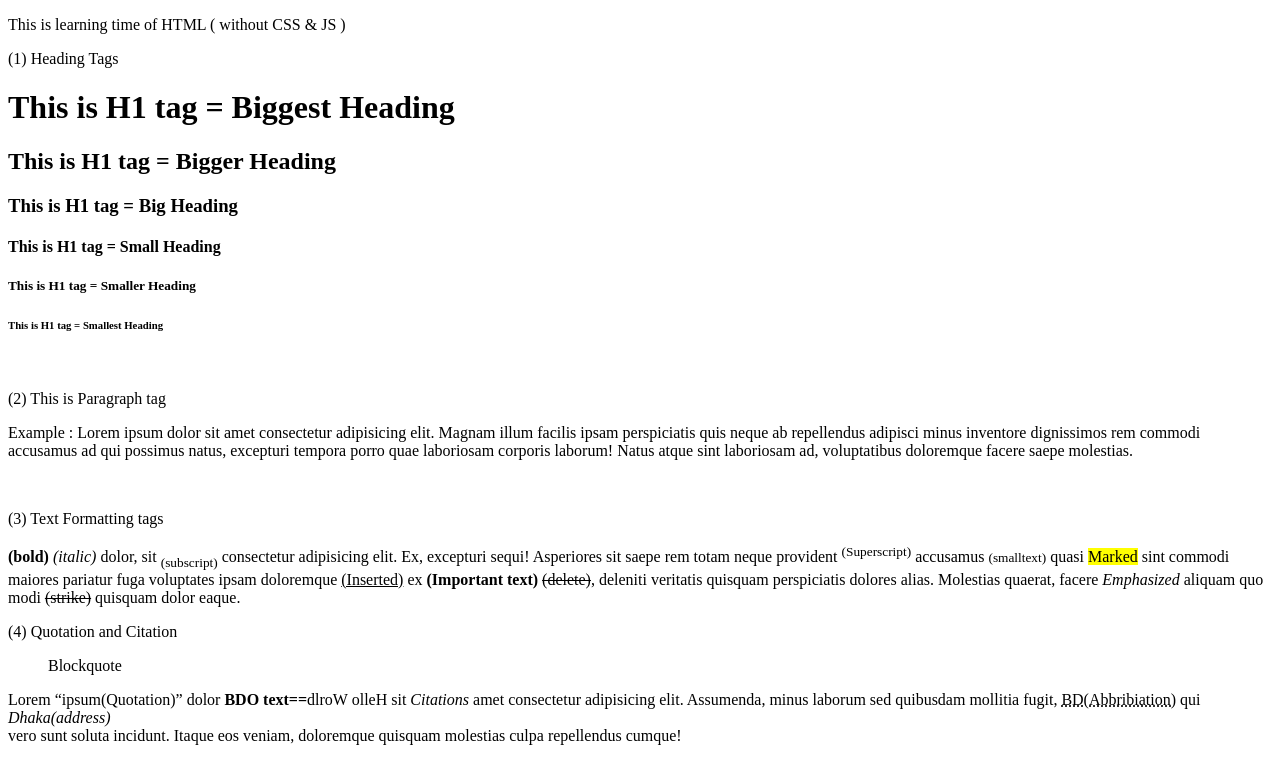
Repository: diptods/Frontend-in-60-DAYS
Page: Day01/learning/learn.html
These files come from the project's save history. The page is drawn as it stood at one moment and after the next save; the edit follows.
The browser window is 1280 px wide. The pictures show the whole page.

Above is the page before, as saved 2026-05-28 12:03:47.

### Day01/learning/learn.html
<!DOCTYPE html>
<html lang="en">

<head>
    <meta charset="UTF-8">
    <meta name="viewport" content="width=device-width, initial-scale=1.0">
    <title>Day 01 Of Frontend Learning</title>
</head>

<body>
    <p>This is learning time of HTML ( without CSS & JS )</p>
    <p>(1) Heading Tags</p>
    <h1>This is H1 tag = Biggest Heading</h1>
    <h2>This is H1 tag = Bigger Heading</h2>
    <h3>This is H1 tag = Big Heading</h3>
    <h4>This is H1 tag = Small Heading</h4>
    <h5>This is H1 tag = Smaller Heading</h5>
    <h6>This is H1 tag = Smallest Heading</h6>
    <br>
    <p>(2) This is Paragraph tag</p>
    <p>Example : Lorem ipsum dolor sit amet consectetur adipisicing elit. Magnam illum facilis ipsam perspiciatis quis
        neque ab repellendus adipisci minus inventore dignissimos rem commodi accusamus ad qui possimus natus, excepturi
        tempora porro quae laboriosam corporis laborum! Natus atque sint laboriosam ad, voluptatibus doloremque facere
        saepe molestias.</p>
    <br>
    <p>(3) Text Formatting tags</p>
    <p><b>(bold)</b> <i>(italic)</i> dolor, sit <sub>(subscript)</sub> consectetur adipisicing elit. Ex, excepturi
        sequi! Asperiores sit saepe rem totam
        neque provident <sup>(Superscript)</sup> accusamus <small>(smalltext)</small> quasi <mark>Marked</mark> sint
        commodi maiores pariatur fuga voluptates ipsam doloremque
        <ins>(Inserted)</ins> ex <strong>(Important text)</strong> <del>(delete)</del>, deleniti veritatis quisquam
        perspiciatis dolores alias. Molestias quaerat, facere
        <em>Emphasized</em> aliquam quo modi <strike>(strike)</strike> quisquam dolor eaque.
    </p>
    <p>(4) Quotation and Citation</p>
    <p><blockquote>Blockquote</blockquote> Lorem <q>ipsum(Quotation)</q> dolor <b>BDO text==</b><bdo dir="rtl">Hello World</bdo> sit <cite>Citations</cite> amet consectetur adipisicing elit. Assumenda, minus laborum sed quibusdam mollitia fugit,
        <abbr title="Bangladesh">BD(Abbribiation)</abbr> qui <address>Dhaka(address)</address>vero sunt soluta incidunt. Itaque eos veniam, doloremque quisquam molestias culpa repellendus cumque!
    </p>
</body>

</html>

After the next save:
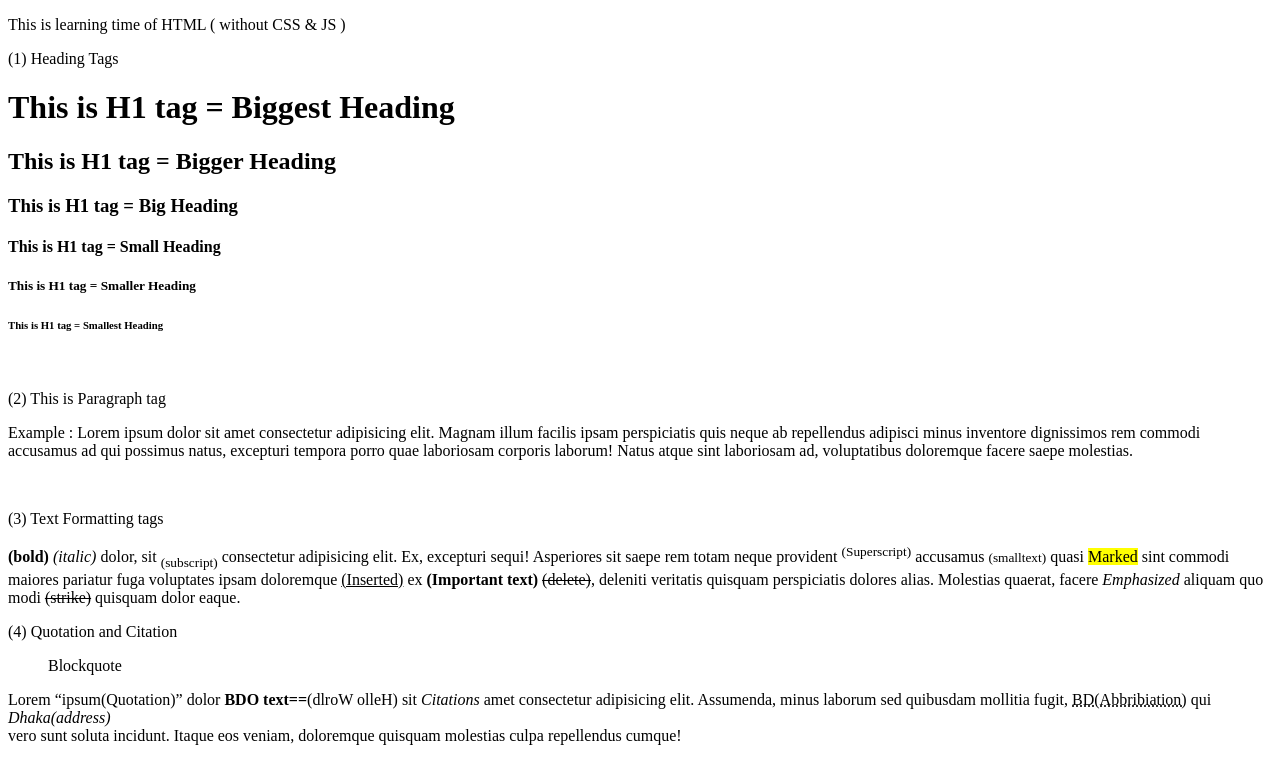
Saved 20 s later.
--- a/Day01/learning/learn.html
+++ b/Day01/learning/learn.html
@@ -33,7 +33,7 @@
         <em>Emphasized</em> aliquam quo modi <strike>(strike)</strike> quisquam dolor eaque.
     </p>
     <p>(4) Quotation and Citation</p>
-    <p><blockquote>Blockquote</blockquote> Lorem <q>ipsum(Quotation)</q> dolor <b>BDO text==</b><bdo dir="rtl">Hello World</bdo> sit <cite>Citations</cite> amet consectetur adipisicing elit. Assumenda, minus laborum sed quibusdam mollitia fugit,
+    <p><blockquote>Blockquote</blockquote> Lorem <q>ipsum(Quotation)</q> dolor <b>BDO text==</b><bdo dir="rtl">(Hello World)</bdo> sit <cite>Citations</cite> amet consectetur adipisicing elit. Assumenda, minus laborum sed quibusdam mollitia fugit,
         <abbr title="Bangladesh">BD(Abbribiation)</abbr> qui <address>Dhaka(address)</address>vero sunt soluta incidunt. Itaque eos veniam, doloremque quisquam molestias culpa repellendus cumque!
     </p>
 </body>
